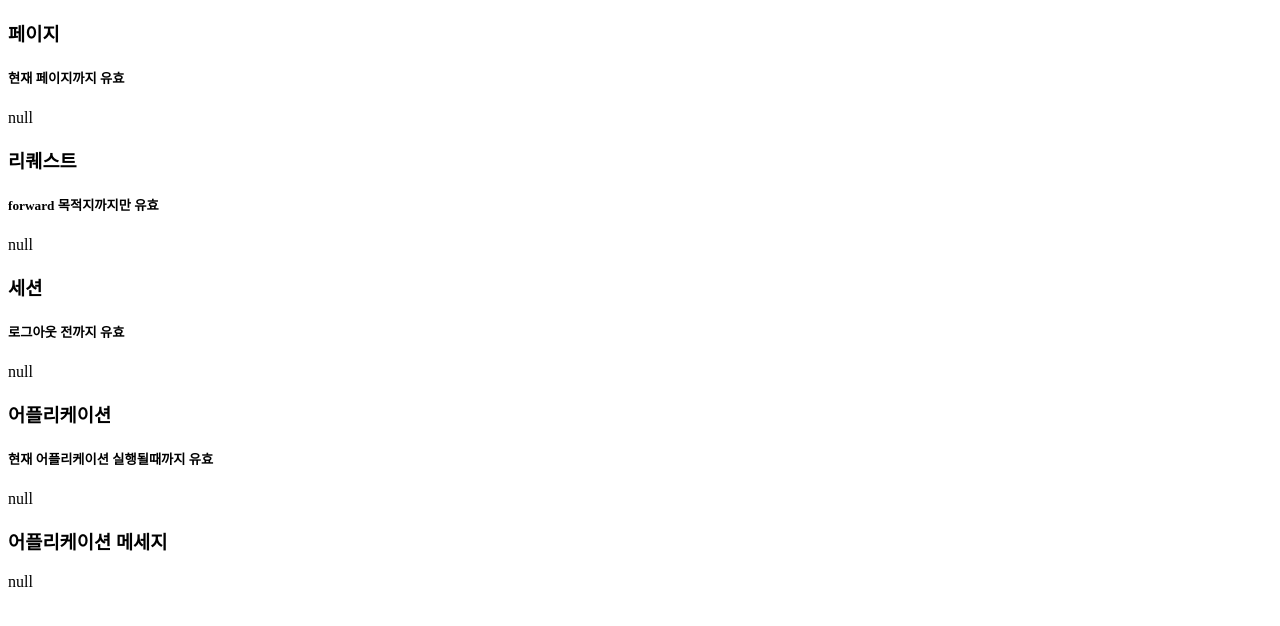
Repository: cordingdodo/javaworks2
Page: http://localhost/practice01/test08.jsp
An editor plug-in stored every save of this project. The page is shown before and after the next save, followed by the edit.
The browser window is 1280 px wide. The pictures show the whole page.
The page is served by Tomcat 9.

Above is the page before, as saved 2022-10-21 03:19:33.

After the next save:
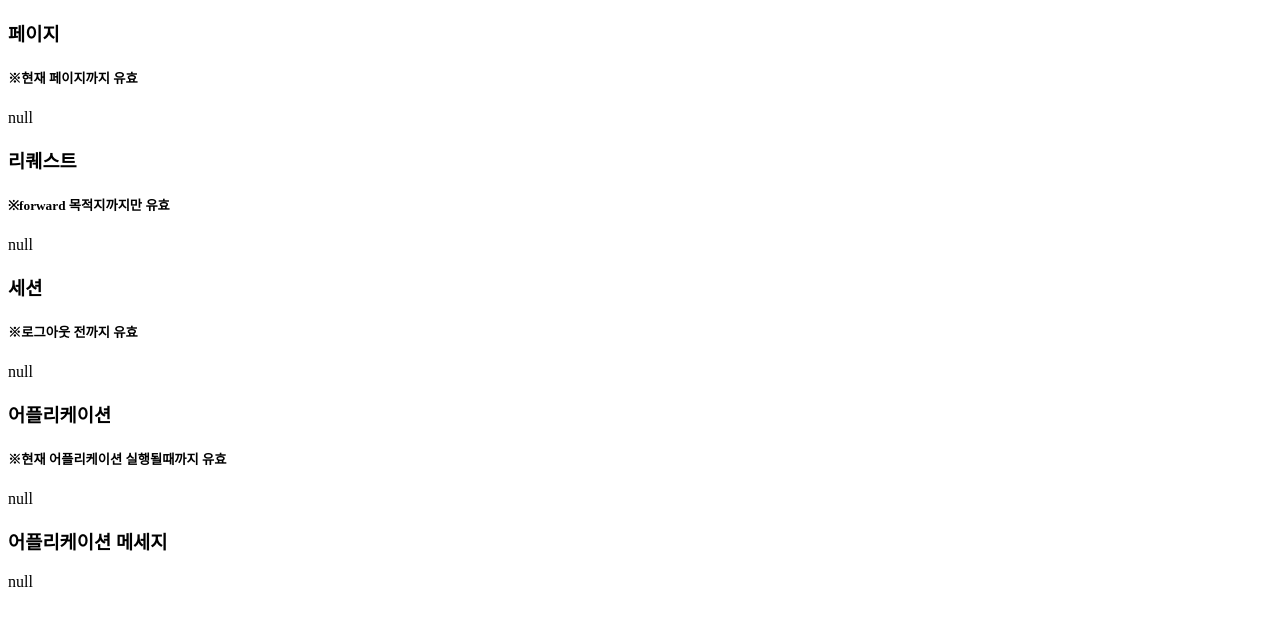
Saved 13 s later.
--- a/practice01/WebContent/test08.jsp
+++ b/practice01/WebContent/test08.jsp
@@ -12,10 +12,10 @@
  	//request.setAttribute("requestdata", "request");
  	//out.println("<h3>리퀘스트</h3>"+request.getAttribute("requestdata"));
 
-	out.println("<h3>페이지</h3>"+"<h5>현재 페이지까지 유효</h5>"+pageContext.getAttribute("pagedata"));
-	out.println("<h3>리퀘스트</h3>"+"<h5>forward 목적지까지만 유효</h5>"+request.getAttribute("requestdata"));
-	out.println("<h3>세션</h3>"+"<h5>로그아웃 전까지 유효</h5>"+session.getAttribute("sessiondata"));
-	out.println("<h3>어플리케이션</h3>"+"<h5>현재 어플리케이션 실행될때까지 유효</h5>"+application.getAttribute("applicationdata"));
+	out.println("<h3>페이지</h3>"+"<h5>※현재 페이지까지 유효</h5>"+pageContext.getAttribute("pagedata"));
+	out.println("<h3>리퀘스트</h3>"+"<h5>※forward 목적지까지만 유효</h5>"+request.getAttribute("requestdata"));
+	out.println("<h3>세션</h3>"+"<h5>※로그아웃 전까지 유효</h5>"+session.getAttribute("sessiondata"));
+	out.println("<h3>어플리케이션</h3>"+"<h5>※현재 어플리케이션 실행될때까지 유효</h5>"+application.getAttribute("applicationdata"));
 	out.println("<h3>어플리케이션 메세지</h3>"+application.getAttribute("msg"));
 
 	 %>
